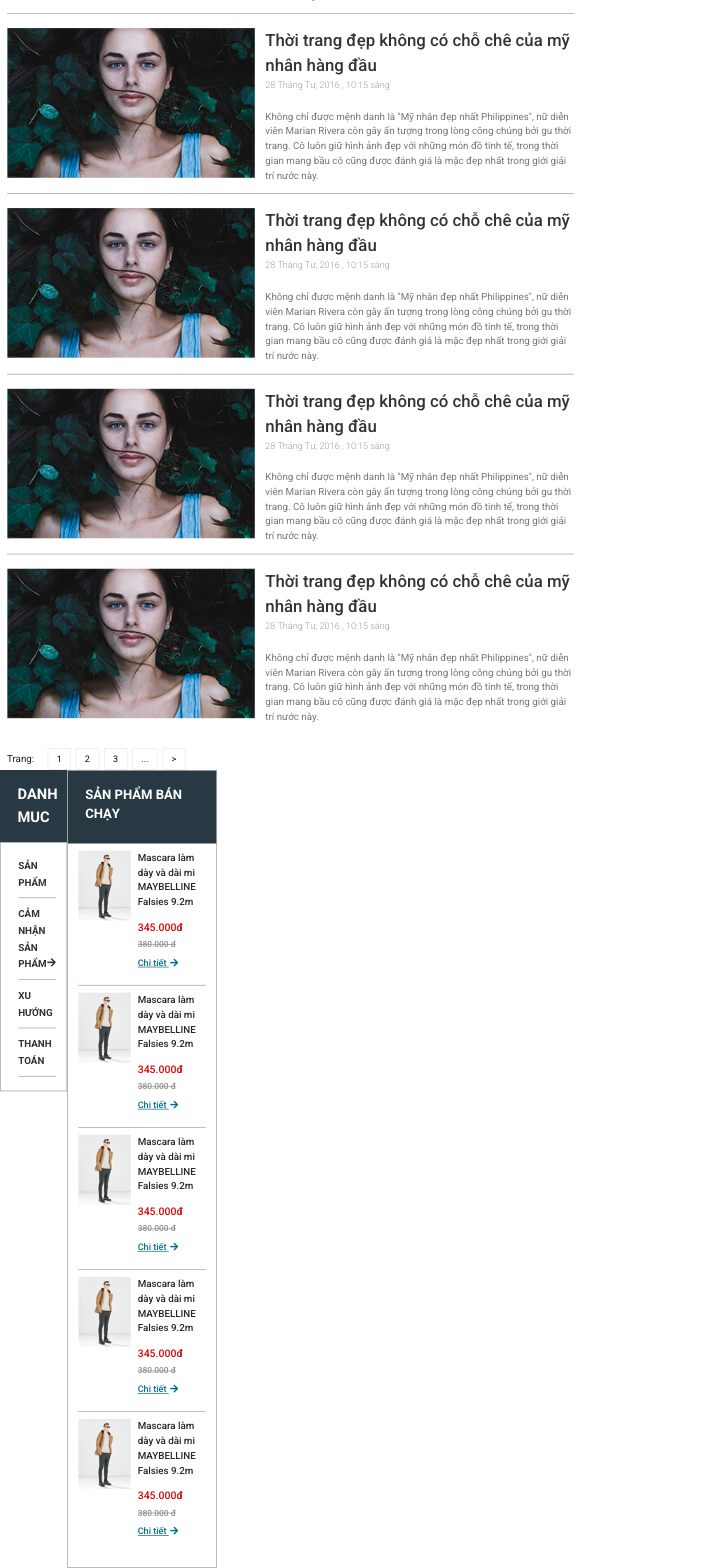
Repository: vinhtk0209/Vietsoz-reponsive
Page: index.html
An editor plug-in stored every save of this project. The page is shown before and after the next save, followed by the edit.
The browser window is 1024 px wide. The pictures show the part of the page from y = 1200 to 3440 px (the page is 3440 px tall before and 3423 px after), at 70% of full size.

Above is the page before, as saved 2021-10-23 18:07:45.

### index.html
<!DOCTYPE html>
<html lang="en">
  <head>
    <meta charset="UTF-8" />
    <meta http-equiv="X-UA-Compatible" content="IE=edge" />
    <meta name="viewport" content="width=device-width, initial-scale=1.0" />
    <link rel="stylesheet" href="assets/css/reset.css" />
    <link rel="stylesheet" href="assets/css/global.css" />
    <link rel="stylesheet" href="assets/css/main.css" />
    <link rel="stylesheet" href="assets/fontawesome/css/all.css" />
    <link rel="stylesheet" href="assets/css/reponsive.css" />
    <link rel="preconnect" href="https://fonts.googleapis.com" />
    <link rel="preconnect" href="https://fonts.gstatic.com" crossorigin />
    <link
      href="https://fonts.googleapis.com/css2?family=Roboto:ital,wght@0,100;0,300;0,400;0,500;0,700;0,900;1,100;1,300;1,400;1,500;1,700;1,900&display=swap"
      rel="stylesheet"
    />
    <link rel="preconnect" href="https://fonts.googleapis.com" />
    <link rel="preconnect" href="https://fonts.gstatic.com" crossorigin />
    <link
      href="https://fonts.googleapis.com/css2?family=Roboto+Condensed:ital,wght@0,300;0,400;0,700;1,300;1,400;1,700&display=swap"
      rel="stylesheet"
    />
    <div id="fb-root"></div>
    <script
      async
      defer
      crossorigin="anonymous"
      src="https://connect.facebook.net/vi_VN/sdk.js#xfbml=1&version=v11.0"
      nonce="ecJjSUD8"
    ></script>
    <script
      src="https://code.jquery.com/jquery-3.6.0.js"
      integrity="sha256-H+K7U5CnXl1h5ywQfKtSj8PCmoN9aaq30gDh27Xc0jk="
      crossorigin="anonymous"
    ></script>
    <title>VIESOZ</title>
  </head>

  <body>
    <!-- wrapper starts -->
    <div class="wrapper">
      <!-- header starts -->
      <header class="header">
        <div class="container">
          <div
            class="wp-header-top d-flex align-i-center justify-content-between"
          >
            <div class="header-banner">
              <img src="assets/images/logo.png" alt="" />
            </div>
            <nav class="header-main-menu">
              <ul class="d-flex main-menu">
                <li><a href="">trang chủ</a></li>
                <li><a href="">về chúng tôi</a></li>
                <li class="product-have-menu">
                  <a href=""
                    >sản phẩm
                    <span class="arrow-down"
                      ><i class="fas fa-chevron-down"></i></span
                  ></a>
                </li>

                <li><a href="">xu hướng</a></li>
                <li><a href="">thanh toán</a></li>
                <li><a href="">liên hệ</a></li>
              </ul>
            </nav>
            <nav class="header-main-menu reponsive">
              <ul class="main-menu sub">
                <li><a href="">trang chủ</a></li>
                <li><a href="">về chúng tôi</a></li>
                <li class="product-have-menu">
                  <a href="">sản phẩm </a>
                </li>

                <li><a href="">xu hướng</a></li>
                <li><a href="">thanh toán</a></li>
                <li><a href="">liên hệ</a></li>
              </ul>
            </nav>
            <ul class="icon-menu d-flex">
              <li>
                <a href=""
                  ><span class="search"><i class="fas fa-search"></i></span
                ></a>
              </li>
              <li>
                <a href="" class="shopping-cart"
                  ><span class="icon-cart"
                    ><i class="fas fa-shopping-bag"></i></span
                ></a>
              </li>
            </ul>
            <div class="nav-bar">
              <i class="fas fa-bars"></i>
            </div>
          </div>
        </div>
        <div class="wp-head-extra-menu">
          <ul class="list-menu-header-extra d-flex container">
            <li>
              <a href="">
                <span class="home-icon">
                  <i class="fas fa-home"></i>
                </span>
              </a>
            </li>

            <li class="home-text">
              <a href="">trang chủ</a>
            </li>
            <li>
              <a href="">
                <span class="arrow-righ">
                  <i class="fas fa-arrow-right"></i>
                </span>
              </a>
            </li>
            <li class="trend">
              <a href="">Xu hướng</a>
            </li>
          </ul>
        </div>
      </header>
      <!-- header ends -->

      <!-- content starts -->
      <div id="content">
        <!-- wp-content starts -->
        <div class="container d-flex justify-content-between box-content">
          <div class="wp-content-news">
            <ul class="list-news">
              <li>
                <div class="image-news">
                  <a href="">
                    <img src="assets/images/photo-92222.png" alt="" />
                  </a>
                </div>
                <div class="more-info">
                  <a href="" class="title"
                    >Thời trang đẹp không có chỗ chê của mỹ nhân hàng đầu
                  </a>
                  <p class="date">28 Tháng Tư, 2016 , 10:15 sáng</p>
                  <p class="content">
                    Không chỉ được mệnh danh là "Mỹ nhân đẹp nhất Philippines",
                    nữ diễn viên Marian Rivera còn gây ấn tượng trong lòng công
                    chúng bởi gu thời trang. Cô luôn giữ hình ảnh đẹp với những
                    món đồ tinh tế, trong thời gian mang bầu cô cũng được đánh
                    giá là mặc đẹp nhất trong giới giải trí nước này.
                  </p>
                </div>
              </li>
              <li>
                <div class="image-news">
                  <a href="">
                    <img src="assets/images/photo-92222.png" alt="" />
                  </a>
                </div>
                <div class="more-info">
                  <a href="" class="title"
                    >Thời trang đẹp không có chỗ chê của mỹ nhân hàng đầu
                  </a>
                  <p class="date">28 Tháng Tư, 2016 , 10:15 sáng</p>
                  <p class="content">
                    Không chỉ được mệnh danh là "Mỹ nhân đẹp nhất Philippines",
                    nữ diễn viên Marian Rivera còn gây ấn tượng trong lòng công
                    chúng bởi gu thời trang. Cô luôn giữ hình ảnh đẹp với những
                    món đồ tinh tế, trong thời gian mang bầu cô cũng được đánh
                    giá là mặc đẹp nhất trong giới giải trí nước này.
                  </p>
                </div>
              </li>
              <li>
                <div class="image-news">
                  <a href="">
                    <img src="assets/images/photo-92222.png" alt="" />
                  </a>
                </div>
                <div class="more-info">
                  <a href="" class="title"
                    >Thời trang đẹp không có chỗ chê của mỹ nhân hàng đầu
                  </a>
                  <p class="date">28 Tháng Tư, 2016 , 10:15 sáng</p>
                  <p class="content">
                    Không chỉ được mệnh danh là "Mỹ nhân đẹp nhất Philippines",
                    nữ diễn viên Marian Rivera còn gây ấn tượng trong lòng công
                    chúng bởi gu thời trang. Cô luôn giữ hình ảnh đẹp với những
                    món đồ tinh tế, trong thời gian mang bầu cô cũng được đánh
                    giá là mặc đẹp nhất trong giới giải trí nước này.
                  </p>
                </div>
              </li>
              <li>
                <div class="image-news">
                  <a href="">
                    <img src="assets/images/photo-92222.png" alt="" />
                  </a>
                </div>
                <div class="more-info">
                  <a href="" class="title"
                    >Thời trang đẹp không có chỗ chê của mỹ nhân hàng đầu
                  </a>
                  <p class="date">28 Tháng Tư, 2016 , 10:15 sáng</p>
                  <p class="content">
                    Không chỉ được mệnh danh là "Mỹ nhân đẹp nhất Philippines",
                    nữ diễn viên Marian Rivera còn gây ấn tượng trong lòng công
                    chúng bởi gu thời trang. Cô luôn giữ hình ảnh đẹp với những
                    món đồ tinh tế, trong thời gian mang bầu cô cũng được đánh
                    giá là mặc đẹp nhất trong giới giải trí nước này.
                  </p>
                </div>
              </li>
              <li>
                <div class="image-news">
                  <a href="">
                    <img src="assets/images/photo-92222.png" alt="" />
                  </a>
                </div>
                <div class="more-info">
                  <a href="" class="title"
                    >Thời trang đẹp không có chỗ chê của mỹ nhân hàng đầu
                  </a>
                  <p class="date">28 Tháng Tư, 2016 , 10:15 sáng</p>
                  <p class="content">
                    Không chỉ được mệnh danh là "Mỹ nhân đẹp nhất Philippines",
                    nữ diễn viên Marian Rivera còn gây ấn tượng trong lòng công
                    chúng bởi gu thời trang. Cô luôn giữ hình ảnh đẹp với những
                    món đồ tinh tế, trong thời gian mang bầu cô cũng được đánh
                    giá là mặc đẹp nhất trong giới giải trí nước này.
                  </p>
                </div>
              </li>
              <li>
                <div class="image-news">
                  <a href="">
                    <img src="assets/images/photo-92222.png" alt="" />
                  </a>
                </div>
                <div class="more-info">
                  <a href="" class="title"
                    >Thời trang đẹp không có chỗ chê của mỹ nhân hàng đầu
                  </a>
                  <p class="date">28 Tháng Tư, 2016 , 10:15 sáng</p>
                  <p class="content">
                    Không chỉ được mệnh danh là "Mỹ nhân đẹp nhất Philippines",
                    nữ diễn viên Marian Rivera còn gây ấn tượng trong lòng công
                    chúng bởi gu thời trang. Cô luôn giữ hình ảnh đẹp với những
                    món đồ tinh tế, trong thời gian mang bầu cô cũng được đánh
                    giá là mặc đẹp nhất trong giới giải trí nước này.
                  </p>
                </div>
              </li>
              <li>
                <div class="image-news">
                  <a href="">
                    <img src="assets/images/photo-92222.png" alt="" />
                  </a>
                </div>
                <div class="more-info">
                  <a href="" class="title"
                    >Thời trang đẹp không có chỗ chê của mỹ nhân hàng đầu
                  </a>
                  <p class="date">28 Tháng Tư, 2016 , 10:15 sáng</p>
                  <p class="content">
                    Không chỉ được mệnh danh là "Mỹ nhân đẹp nhất Philippines",
                    nữ diễn viên Marian Rivera còn gây ấn tượng trong lòng công
                    chúng bởi gu thời trang. Cô luôn giữ hình ảnh đẹp với những
                    món đồ tinh tế, trong thời gian mang bầu cô cũng được đánh
                    giá là mặc đẹp nhất trong giới giải trí nước này.
                  </p>
                </div>
              </li>
              <li>
                <div class="image-news">
                  <a href="">
                    <img src="assets/images/photo-92222.png" alt="" />
                  </a>
                </div>
                <div class="more-info">
                  <a href="" class="title"
                    >Thời trang đẹp không có chỗ chê của mỹ nhân hàng đầu
                  </a>
                  <p class="date">28 Tháng Tư, 2016 , 10:15 sáng</p>
                  <p class="content">
                    Không chỉ được mệnh danh là "Mỹ nhân đẹp nhất Philippines",
                    nữ diễn viên Marian Rivera còn gây ấn tượng trong lòng công
                    chúng bởi gu thời trang. Cô luôn giữ hình ảnh đẹp với những
                    món đồ tinh tế, trong thời gian mang bầu cô cũng được đánh
                    giá là mặc đẹp nhất trong giới giải trí nước này.
                  </p>
                </div>
              </li>
            </ul>
            <!-- num pages starts -->
            <div class="nums-page">
              <ul class="pages-num d-flex align-i-center">
                <li>trang:</li>
                <li><a href="">1</a></li>
                <li><a href="">2</a></li>
                <li><a href="">3</a></li>
                <li><a href="">...</a></li>
                <li><a href="">></a></li>
              </ul>
            </div>
            <!-- num pages ends -->
        </div>
        <!-- wp-content ends -->

        <!-- sidebar starts -->
        <div class="wp-content-list-caterory">
          <div class="box-caterory">
            <div class="box-title">
              <h3>danh muc</h3>
            </div>
            <div class="box-body">
              <ul>
                <li><a href="">sản phẩm</a></li>
                <li>
                  <a href=""
                    >cảm nhận sản phẩm
                    <span class="arrow-right"
                      ><i class="fas fa-arrow-right"></i></span
                  ></a>
                </li>
                <li><a href="">xu hướng</a></li>
                <li><a href="">thanh toán</a></li>
              </ul>
            </div>
          </div>
          <div class="box-banner">
            <a href="">
              <img src="assets/images/banner-02.png" alt="" />
            </a>
          </div>
          <div class="list-product">
            <div class="box-product">
              <div class="box-title">
                <h3>sản phẩm bán chạy</h3>
              </div>
              <div class="box-body">
                <ul>
                  <li>
                    <div class="image-product">
                      <a href="">
                        <img src="assets/images/Layer_9_copy.png" alt="" />
                      </a>
                    </div>
                    <div class="info-product">
                      <a href="" class="title">
                        Mascara làm dày và dài mi MAYBELLINE Falsies 9.2m
                      </a>
                      <p class="price">
                        345.000đ
                        <span class="discount"><del>380.000 đ</del></span>
                      </p>

                      <a href="" class="details"
                        >Chi tiết
                        <span class="buy-arrow-right"
                          ><i class="fas fa-arrow-right"></i></span
                      ></a>
                    </div>
                  </li>
                  <li>
                    <div class="image-product">
                      <a href="">
                        <img src="assets/images/Layer_9_copy.png" alt="" />
                      </a>
                    </div>
                    <div class="info-product">
                      <a href="" class="title">
                        Mascara làm dày và dài mi MAYBELLINE Falsies 9.2m
                      </a>
                      <p class="price">
                        345.000đ
                        <span class="discount"><del>380.000 đ</del></span>
                      </p>

                      <a href="" class="details"
                        >Chi tiết
                        <span class="buy-arrow-right"
                          ><i class="fas fa-arrow-right"></i></span
                      ></a>
                    </div>
                  </li>
                  <li>
                    <div class="image-product">
                      <a href="">
                        <img src="assets/images/Layer_9_copy.png" alt="" />
                      </a>
                    </div>
                    <div class="info-product">
                      <a href="" class="title">
                        Mascara làm dày và dài mi MAYBELLINE Falsies 9.2m
                      </a>
                      <p class="price">
                        345.000đ
                        <span class="discount"><del>380.000 đ</del></span>
                      </p>

                      <a href="" class="details"
                        >Chi tiết
                        <span class="buy-arrow-right"
                          ><i class="fas fa-arrow-right"></i></span
                      ></a>
                    </div>
                  </li>
                  <li>
                    <div class="image-product">
                      <a href="">
                        <img src="assets/images/Layer_9_copy.png" alt="" />
                      </a>
                    </div>
                    <div class="info-product">
                      <a href="" class="title">
                        Mascara làm dày và dài mi MAYBELLINE Falsies 9.2m
                      </a>
                      <p class="price">
                        345.000đ
                        <span class="discount"><del>380.000 đ</del></span>
                      </p>

                      <a href="" class="details"
                        >Chi tiết
                        <span class="buy-arrow-right"
                          ><i class="fas fa-arrow-right"></i></span
                      ></a>
                    </div>
                  </li>
                  <li>
                    <div class="image-product">
                      <a href="">
                        <img src="assets/images/Layer_9_copy.png" alt="" />
                      </a>
                    </div>
                    <div class="info-product">
                      <a href="" class="title">
                        Mascara làm dày và dài mi MAYBELLINE Falsies 9.2m
                      </a>
                      <p class="price">
                        345.000đ
                        <span class="discount"><del>380.000 đ</del></span>
                      </p>

                      <a href="" class="details"
                        >Chi tiết
                        <span class="buy-arrow-right"
                          ><i class="fas fa-arrow-right"></i></span
                      ></a>
                    </div>
                  </li>
                </ul>
              </div>
            </div>
          </div>
        </div>
      </div>
        <!-- sidebar ends -->
      </div>

      <!-- content ends -->
    </div>
    <!-- wrapper ends -->
    <script src="assets/js/main.js"></script>
  </body>
</html>

### assets/css/reponsive.css
@media screen and (max-width: 1180px) {
    #content .box-content {
        flex-direction: column;
    }

    .wp-content-list-caterory {
        display: flex;
        justify-content:space-between;
    }

    .wp-content-list-caterory .box-banner {
        display: none;

    }
}


@media screen and (max-width: 1040px) {
    nav.header-main-menu {
        display: none;
    }

    .nav-bar {
        display: block;
    }
}

@media screen and (max-width: 768px) {

    .wp-content-news ul.list-news li .more-info p.content,
    .wp-content-news ul.list-news li .more-info p.date {
        display: none;
    }

}

@media screen and (max-width: 530px) {
    .wp-content-news ul.list-news li {
        flex-direction: column;
    }

    .wp-content-news ul.list-news li .more-info {
        padding-right: 120px;
        padding-left: 5px;
    }

}

@media screen and (max-width: 450px) {
    .wp-content-news ul.list-news li .more-info a.title {
        font-size: 15px;
    }

}

Loaded but not shown: assets/fontawesome/css/all.css (library); assets/js/main.js (5 lines, source omitted); assets/css/main.css (436 lines, source omitted); assets/css/reset.css (349 lines, source omitted); assets/css/global.css (86 lines, source omitted)

After the next save:
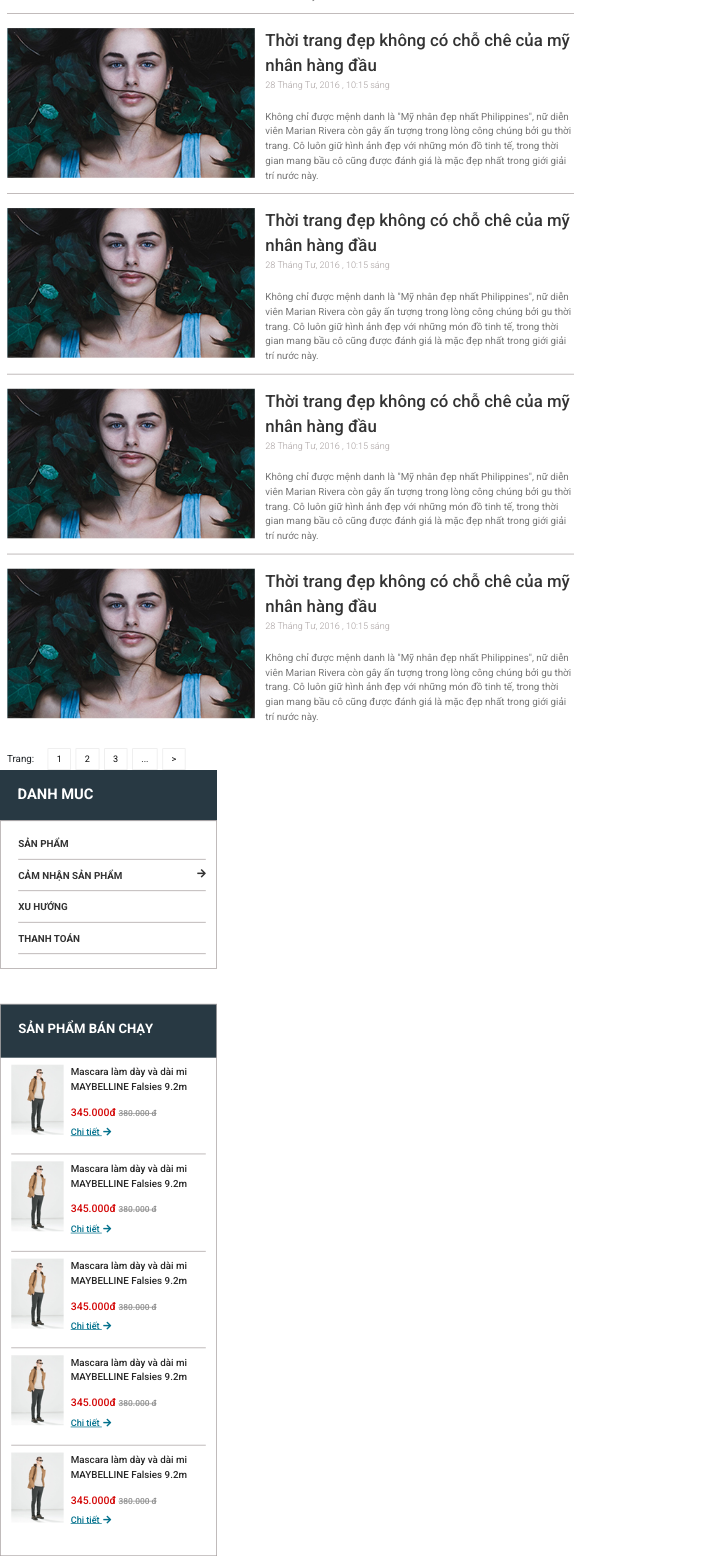
Saved 2 min 21 s later.
--- a/assets/css/reponsive.css
+++ b/assets/css/reponsive.css
@@ -2,7 +2,7 @@
     #content .box-content {
         flex-direction: column;
     }
-
+    .wp-content-news
     .wp-content-list-caterory {
         display: flex;
         justify-content:space-between;

After the 3 saves that followed:
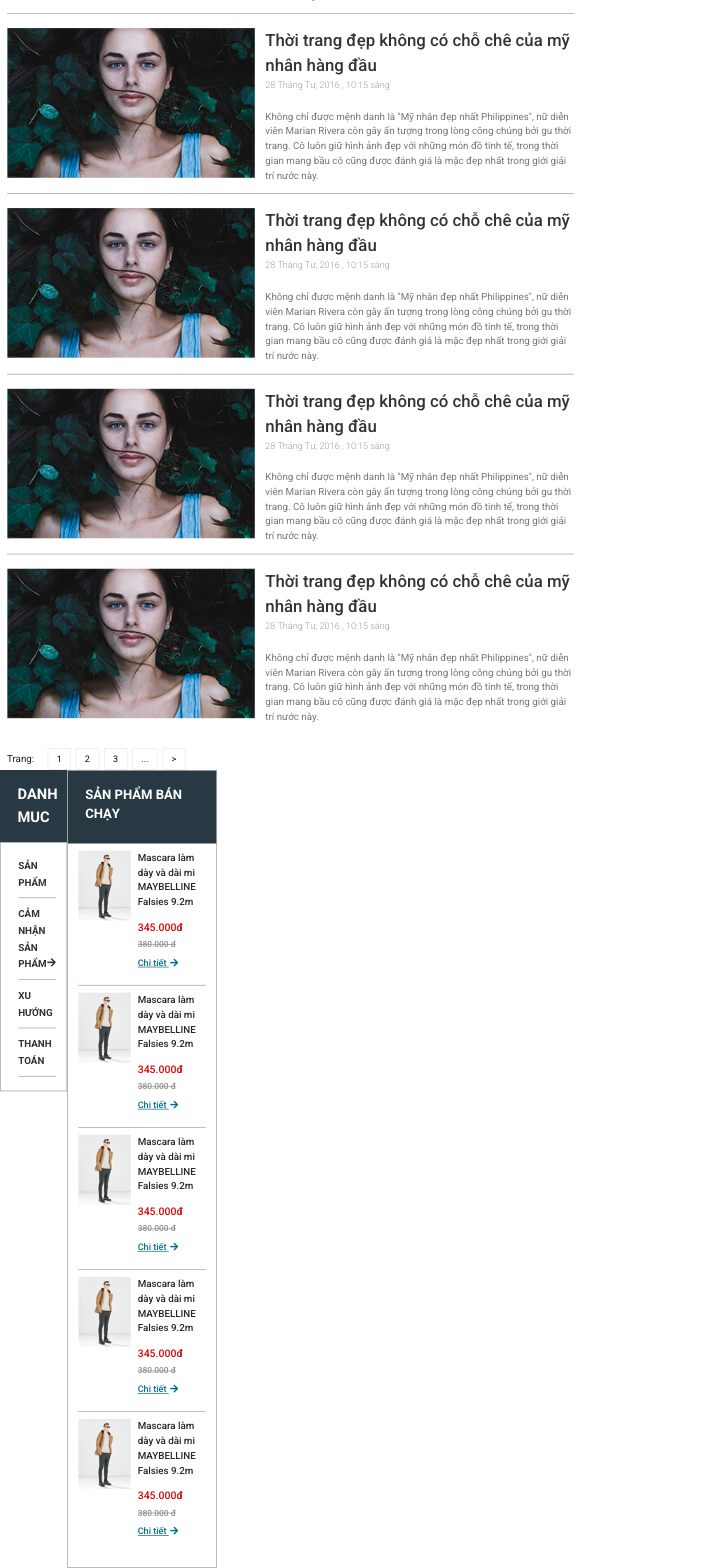
The 3 saves are shown as one change because they came seconds apart.
The last was saved 10 s later.
--- a/assets/css/reponsive.css
+++ b/assets/css/reponsive.css
@@ -2,7 +2,9 @@
     #content .box-content {
         flex-direction: column;
     }
-    .wp-content-news
+    .wp-content-news{
+
+    }
     .wp-content-list-caterory {
         display: flex;
         justify-content:space-between;
